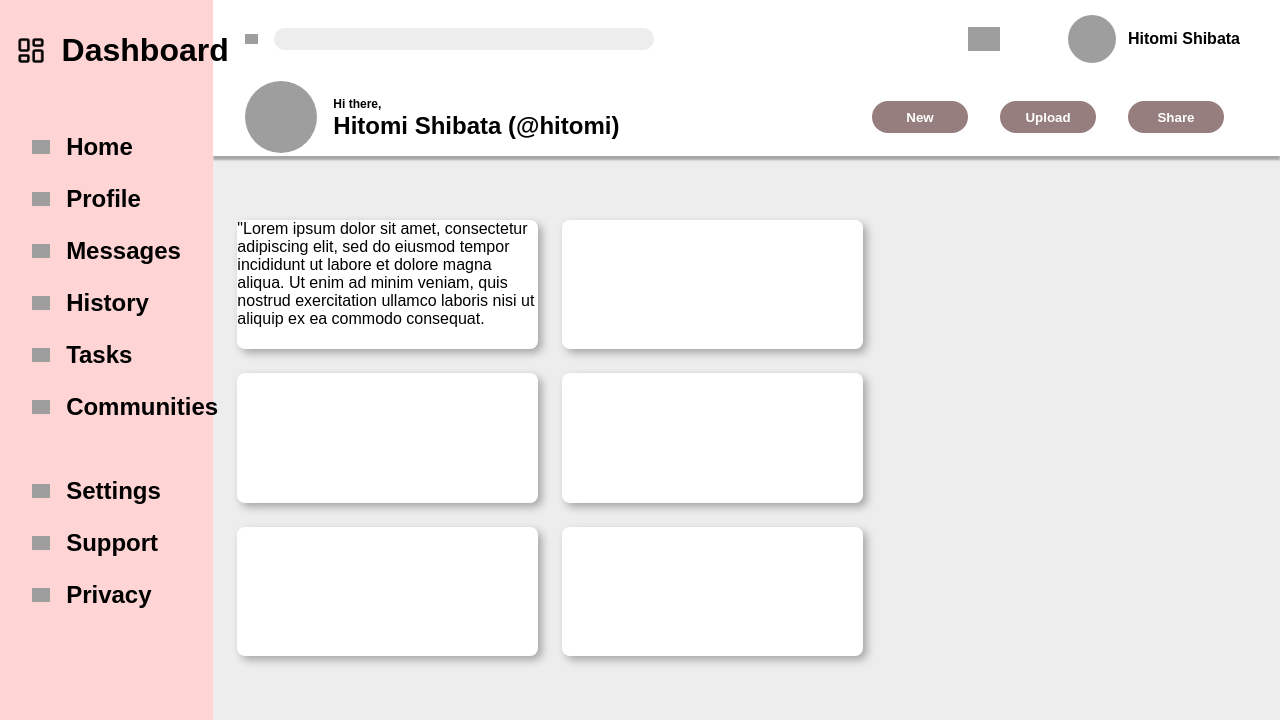
Repository: yeetzpxoci/dashboard
Page: index.html
The author's editor kept a copy of each file at every save. The page is drawn from the files as they stood at one save, then again after the next save.
The browser window is 1280 px wide. The pictures show the whole page.
Pictures or frames that could not be fetched are drawn as grey boxes.

Above is the page before, as saved 2023-02-18 17:32:30.

### index.html
<!DOCTYPE html>
<html lang="en">
<head>
    <meta charset="UTF-8">
    <meta http-equiv="X-UA-Compatible" content="IE=edge">
    <meta name="viewport" content="width=device-width, initial-scale=1.0">
    <link rel="stylesheet" type="text/css" href="styles.css" />
    <title>Dashboard</title>
</head>
<body>
    <div class="sidebar">
        <div class="logo">
            <img src="dashboard-layout.png">
            <p>Dashboard</p>
        </div>

        <div class="icon-container1">
            <div class="icon">
                <img src="https://cdn-icons-png.flaticon.com/512/25/25694.png">
                <p>Home</p>
            </div>

            <div class="icon">
                <img src="https://cdn-icons-png.flaticon.com/512/6522/6522516.png">
                <p>Profile</p>
            </div>

            <div class="icon">
                <img src="https://cdn-icons-png.flaticon.com/512/739/739286.png">
                <p>Messages</p>
            </div>

            <div class="icon">
                <img src="https://cdn-icons-png.flaticon.com/512/32/32223.png">
                <p>History</p>
            </div>

            <div class="icon">
                <img src="https://www.svgrepo.com/show/79174/task-list.svg">
                <p>Tasks</p>
            </div>

            <div class="icon">
                <img src="https://icons.veryicon.com/png/o/business/classic-icon/community-12.png">
                <p>Communities</p>
            </div>
        </div>

        <div class="icon-container2">
            <div class="icon">
                <img src="https://cdn-icons-png.flaticon.com/512/126/126472.png">
                <p>Settings</p>
            </div>

            <div class="icon">
                <img src="https://upload.wikimedia.org/wikipedia/commons/thumb/1/17/FAQ_icon_%28Noun_like%29.svg/1255px-FAQ_icon_%28Noun_like%29.svg.png">
                <p>Support</p>
            </div>

            <div class="icon">
                <img src="https://cdn-icons-png.flaticon.com/512/4104/4104794.png">
                <p>Privacy</p>
            </div>
        </div>
    </div>

    <div class="header">
        <div class="search">
            <img src="https://cdn-icons-png.flaticon.com/512/3917/3917754.png">
            <input class="search-bar">
        </div>

        <img class="notification_icon" src="https://cdn-icons-png.flaticon.com/512/565/565422.png">

        <div class="profile-pic">
        </div>

        <p>Hitomi Shibata</p>

        <div class="user-info">
            <div class="profile-pic">
            </div>
            <p id="losinfo">
                <span style="font-size:12px;">Hi there,</span>
                <br>
                <span style="font-size:24px;">Hitomi Shibata (@hitomi)</span>
            </p>
        </div>
        <button>New</button>
        <button>Upload</button>
        <button>Share</button>
    </div>

    <div class="main-content">
        <div class="projects">
            <div class="project">
                "Lorem ipsum dolor sit amet, consectetur adipiscing elit, sed do eiusmod tempor incididunt ut labore et dolore magna
                aliqua. Ut enim ad minim veniam, quis nostrud exercitation ullamco laboris nisi ut aliquip ex ea commodo consequat.
            </div>

            <div class="project">

            </div>

            <div class="project">

            </div>

            <div class="project">

            </div>

            <div class="project">

            </div>

            <div class="project">

            </div>
        </div>
    </div>
</body>
</html>

### styles.css
html,
body {
    margin: 0;
    padding: 0;
    height: 100%;
}

body {
    min-height: 100vh;
    display: grid;
    grid-template-columns: 1fr 5fr;
    grid-template-rows: 1fr 4fr;
    font-family: Arial, Helvetica, sans-serif;
}

.sidebar {
    background-color: #FFD4D4;
    grid-column: 1 / 2;
    grid-row: 1 / 3;
    display: grid;
    grid-template-rows: 0.75fr 2fr 1fr 2fr;
    padding-left: 16px;
    gap: 32px;
    z-index: 2;
}

.icon-container1 {
    display: flex;
    flex-direction: column;
}

.icon-container2 {
    display: flex;
    flex-direction: column;
}

.logo, .icon {
    display: flex;
    align-items: center;
    font-weight: bold;
    gap: 16px;
}

.logo {
    font-size: 32px;
    align-self: baseline;
}

.icon {
    margin-top: -24px;
    font-size: 24px;
    margin-left: 16px;
}

.logo img {
    width: 15%;
}

.icon img {
    width: 10%;
}


.header {
    background-color: white;
    grid-column: 2 / 3;
    grid-row: 1 / 2;
    display: grid;
    grid-template-columns: 13fr 1fr 1fr 2fr;
    grid-template-rows: 1fr 1fr;
    padding-right: 24px;
    box-shadow: 0px 4px 2px rgb(0, 0, 0, 0.3);
    z-index: 1;
}

.search {
    display: flex;
    justify-content: flex-start;
    align-items: center;
    gap: 16px;
    margin-left: 32px;
}

.search img{
    width: 2%;
}

.search input {
    width: 60%;
    border-radius: 12px;
    border-width: 0px;
    background-color: #eeeded;
    height: 25%;
}

.notification_icon {
    width: 25%;
    align-self: center;
    justify-self: end;
}

.profile-pic {
    border-radius: 50%;
    background-image: url("https://i.pinimg.com/originals/49/c0/e8/49c0e871fbe0be71396aa94fe1d93ddc.jpg");
    background-position: center;
    background-size: cover;
    background-repeat: no-repeat;
    overflow: hidden;
}

.header > .profile-pic {
    width: 48px;
    height: 48px;
    align-self: center;
    justify-self: end;
    margin-right: 12px;
}

.user-info {
    display: flex;
    gap: 16px;
}

.user-info > .profile-pic {
    width: 72px;
    height: 72px;
    margin-left: 32px;
    align-self: center;
}

.header p {
    align-self: center;
    font-weight: bolder;
    justify-self: baseline;
}

button {
    height: 40%;
    width: 96px;
    align-self: center;
    justify-self: baseline;
    background-color: #977e7e;
    border-radius: 24px;
    border-width: 0px;
    color: white;
    margin-right: 32px;
    font-weight: bold;
}

.main-content {
    background-color: #eeeded;
    grid-column: 2 / 3;
    grid-row: 2 / 3;
    padding-left: 24px;
    padding-top: 64px;
    padding-bottom: 64px;
    display: grid;
    grid-template-columns: 2fr 1fr;
}

.projects {
    width: 60%;
    height: 100%;
    display: grid;
    grid-template-columns: repeat(2, 1fr);
    grid-template-rows: repeat(3, 1fr);
    gap: 24px;
    grid-column: 1 / 3;
}

.project {
    background-color: white;
    border-radius: 8px;
    box-shadow: 4px 4px 8px rgb(0, 0, 0, 0.3);
}

.announcements {
    width: 25%;
    height: 50%;
    display: grid;
    grid-template-rows: 1fr 1fr 1fr;
    background-color: aqua;
}

After the next save:
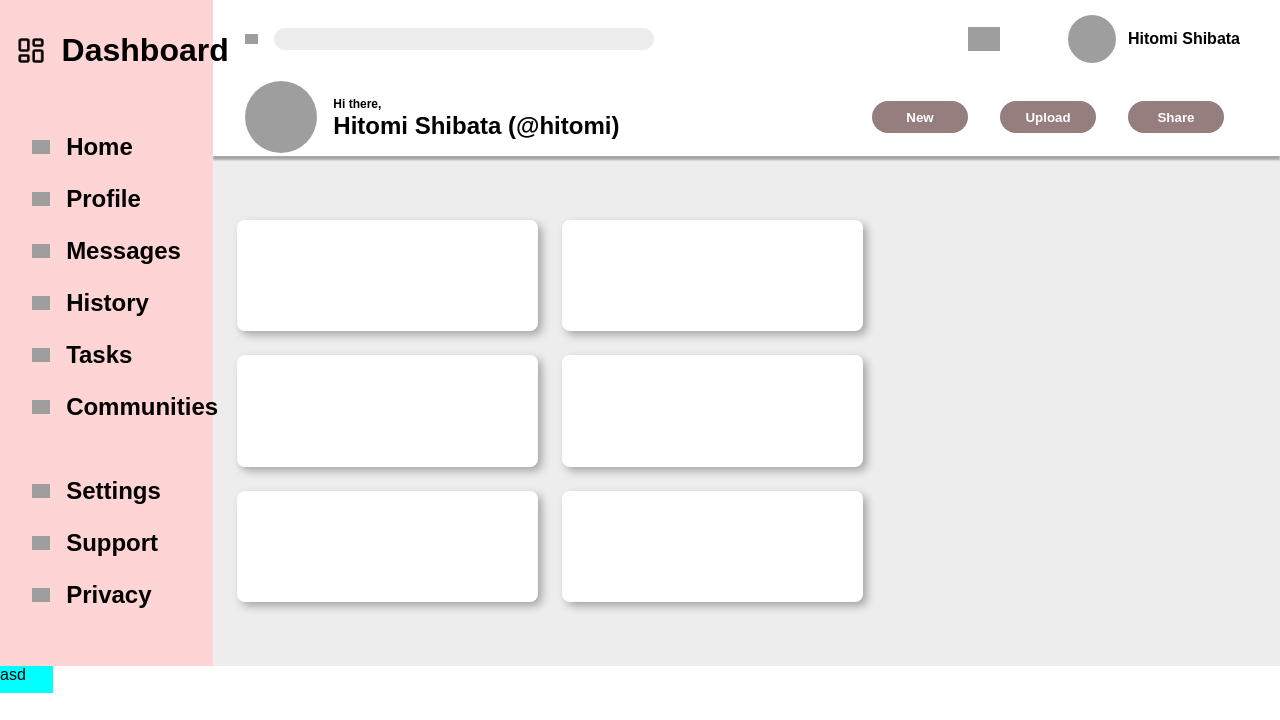
Saved 11 s later.
--- a/index.html
+++ b/index.html
@@ -94,8 +94,7 @@
     <div class="main-content">
         <div class="projects">
             <div class="project">
-                "Lorem ipsum dolor sit amet, consectetur adipiscing elit, sed do eiusmod tempor incididunt ut labore et dolore magna
-                aliqua. Ut enim ad minim veniam, quis nostrud exercitation ullamco laboris nisi ut aliquip ex ea commodo consequat.
+
             </div>
 
             <div class="project">
@@ -119,5 +118,9 @@
             </div>
         </div>
     </div>
+
+    <div class="announcements">
+        asd
+    </div>
 </body>
 </html>
